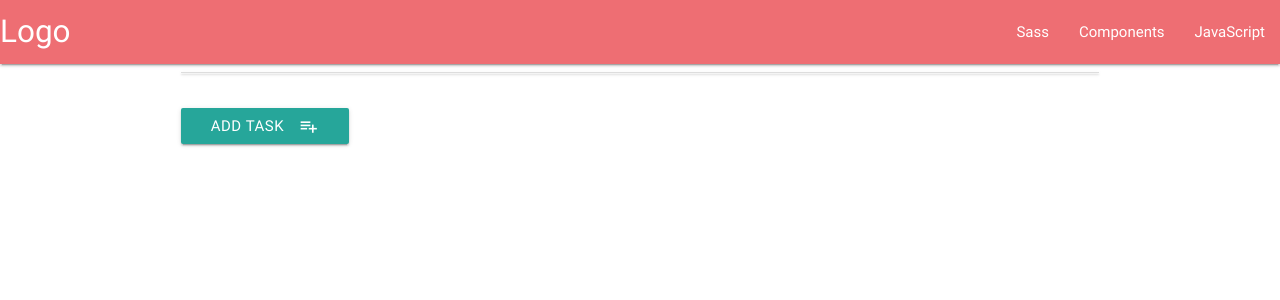
Repository: augelloantonio/task_manager_CodeInstitute
Page: http://localhost/
The author's editor kept a record of every edit. The page is drawn from the files as they stood at one moment, then again after the next edit.
The browser window is 1280 px wide. The pictures show the whole page.
Some web libraries are served in a nearby version. The page is served by the project's application, run on Flask 3 (app.py). Queries for data that is not in the repository find no rows.

Above is the page before.
Console error: TypeError: Cannot read properties of null (reading 'addEventListener')

### templates/tasks.html
{% extends 'base.html'%} {% block content %}
<div class="row">
    <ul class="collapsible" data-collapsible="accordion">
        {% for task in tasks %}
        <li>
            <div class="collapsible-header">

                <div class="col s3">
                    <i class="material-icons">expand_more</i>
                    <a href="{{url_for('edit_task', task_id=task._id)}}" class="waves-effect waves-light btn btn_small blue">Edit</a>
                    <a href="{{url_for('delete_task', task_id=task._id)}}" class="waves-effect waves-light btn btn_small">Done</a>
                </div>
                <div class="task_header col s9">
                    <strong>{{task.task_name}}</strong> - {{task.due_date}}
                </div>
            </div>
            <div class="collapsible-body">
                <span>
                {{task.task_description}}
            </span>
            </div>
        </li>
        {% endfor %}
    </ul>
</div>

<div class="row">
    <a href="{{url_for('add_task')}}" class="waves-effect waves-light btn">
        <i class="material-icons right">playlist_add</i>Add Task
    </a>
</div>
{% endblock %}

### templates/base.html
<!DOCTYPE html>
<html>

<head>
    <link href="https://fonts.googleapis.com/icon?family=Material+Icons" rel="stylesheet">
    <link rel="stylesheet" href="https://cdnjs.cloudflare.com/ajax/libs/materialize/0.100.2/css/materialize.min.css">
    <link rel="stylesheet" href="{{url_for('static', filename='css/style.css')}}" type="text/css" />
</head>

<body>
    <header>
    <nav>
        <div class="nav-wrapper">
            <a href="#" class="brand-logo">Logo</a>
            <ul id="nav-mobile" class="right hide-on-med-and-down">
                <li><a href="sass.html">Sass</a></li>
                <li><a href="badges.html">Components</a></li>
                <li><a href="collapsible.html">JavaScript</a></li>
            </ul>
        </div>
    </nav>

    <div class="container">


        {% block content %} {% endblock %}

    </div>

    <script src="https://cdnjs.cloudflare.com/ajax/libs/jquery/3.2.1/jquery.min.js"></script>
    <script src="https://cdnjs.cloudflare.com/ajax/libs/materialize/0.100.2/js/materialize.min.js"></script>
    <script type="text/javascript">
        $(document).ready(function() {
            $('.collapsible').collapsible();
            $('select').material_select();
        });
        $('.datepicker').pickadate({
            selectMonths: true, // Creates a dropdown to control month
            selectYears: 15, // Creates a dropdown of 15 years to control year,
            today: 'Today',
            clear: 'Clear',
            close: 'Ok',
            closeOnSelect: false // Close upon selecting a date,
        });

        document.getElementById("matfix").addEventListener("click", function(e) {
            e.stopPropagation();
        });
    </script>
</body>

</html>

### app.py
import os
from flask import Flask, render_template, redirect, request, url_for
from flask_pymongo import PyMongo
from bson.objectid import ObjectId

app = Flask(__name__)
app.config["MONGO_DBNAME"] = 'task_manager'
app.config["MONGO_URI"] = os.getenv('MONGO_URI', 'mongodb://localhost')

mongo = PyMongo(app)


@app.route('/')
@app.route('/get_tasks')
def get_tasks():
    return render_template("tasks.html", tasks=mongo.db.tasks.find())

@app.route('/add_task')
def add_task():
    return render_template('addtask.html',
    categories=mongo.db.categories.find())

@app.route('/insert_task', methods=['POST'])
def insert_task():
    tasks = mongo.db.tasks
    tasks.insert_one(request.form.to_dict())
    return redirect(url_for('get_tasks'))

@app.route('/edit_task/<task_id>')
def edit_task(task_id):
    the_task =  mongo.db.tasks.find_one({"_id": ObjectId(task_id)})
    all_categories =  mongo.db.categories.find()
    return render_template('edittask.html', task=the_task,
                           categories=all_categories)

app.route('/update_task/<task_id>', methods=['POST'])
def update_task(task_id):
    tasks = mongo.db.taks
    tasks.update( {'_id': ObjectId(task_id)},
    {
        'task_name':request.form.get('task_name'),
        'category_name':request.form.get('category_name'),
        'task_description': request.form.get('task_description'),
        'due_date': request.form.get('due_date'),
        'is_urgent':request.form.get('is_urgent')
    })
    return redirect(url_for('get_tasks'))

@app.route('/delete_task/<task_id>')
def delete_task(task_id):
    mongo.db.tasks.remove({'_id': ObjectId(task_id)})
    return redirect(url_for('get_tasks'))

@app.route('/get_categories')
def get_categories():
    return render_template('categories.html',
    categories=mongo.db.categories.find())

@app.route('/edit_category/<category_id>')
def edit_category(category_id):
    return render_template('editcategory.html',
                           category=mongo.db.categories.find_one(
                           {'_id': ObjectId(category_id)}))

@app.route('/update_category/<category_id>', methods=['POST'])
def update_category(category_id):
    mongo.db.categories.update(
        {'_id': ObjectId(category_id)},
        {'category_name': request.form.get('category_name')})
    return redirect(url_for('get_categories'))

@app.route('/delete_category/<category_id>')
def delete_category(category_id):
    mongo.db.categories.remove({'_id': ObjectId(category_id)})
    return redirect(url_for('get_categories'))

@app.route('/insert_category', methods=['POST'])
def insert_category():
    category_doc = {'category_name': request.form.get('category_name')}
    mongo.db.categories.insert_one(category_doc)
    return redirect(url_for('get_categories'))

@app.route('/add_category')
def add_category():
    return render_template('addcategory.html')


if __name__ == '__main__':
    app.run(host=os.environ.get('IP'),
            port=int(os.environ.get('PORT')),
            debug=True)

Loaded but not shown: static/css/style.css (common file)

After the next edit:
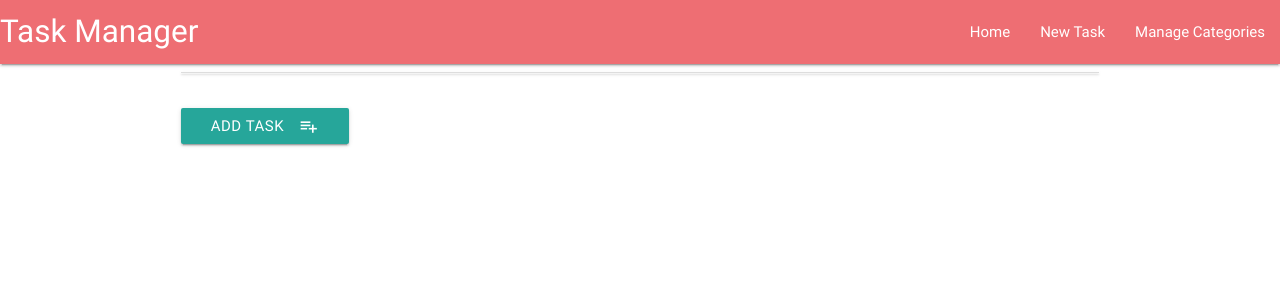
The edit:
--- a/templates/base.html
+++ b/templates/base.html
@@ -8,17 +8,24 @@
 </head>
 
 <body>
-    <header>
-    <nav>
-        <div class="nav-wrapper">
-            <a href="#" class="brand-logo">Logo</a>
-            <ul id="nav-mobile" class="right hide-on-med-and-down">
-                <li><a href="sass.html">Sass</a></li>
-                <li><a href="badges.html">Components</a></li>
-                <li><a href="collapsible.html">JavaScript</a></li>
-            </ul>
-        </div>
-    </nav>
+       <header>
+        <nav>
+            <div class="nav-wrapper">
+                <a href="{{url_for('get_tasks')}}" class="brand-logo">Task Manager</a>
+                <a href="#" data-activates="mobile-demo" class="button-collapse"><i class="material-icons">menu</i></a>
+                <ul id="nav-mobile" class="right hide-on-med-and-down">
+                    <li><a href="{{url_for('get_tasks')}}">Home</a></li>
+                    <li><a href="{{url_for('add_task')}}">New Task</a></li>
+                    <li><a href="{{url_for('get_categories')}}">Manage Categories</a></li>
+                </ul>
+                <ul class="side-nav" id="mobile-demo">
+                    <li><a href="{{url_for('get_tasks')}}">Home</a></li>
+                    <li><a href="{{url_for('add_task')}}">New Task</a></li>
+                    <li><a href="{{url_for('get_categories')}}">Manage Categories</a></li>
+                </ul>
+            </div>
+        </nav>
+    </header>
 
     <div class="container">
 
